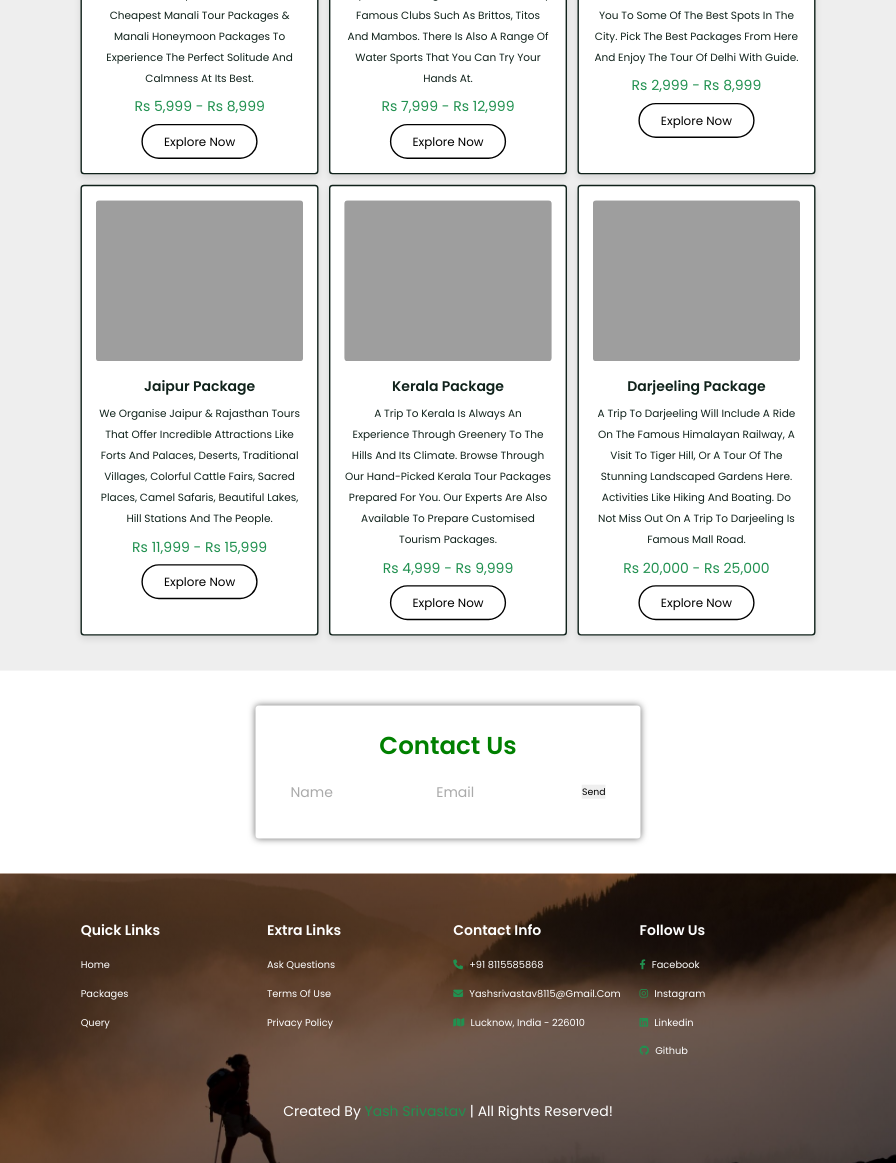
Repository: Heerav04/Tour
Page: index.html
These files come from the project's save history. The page is drawn as it stood at one moment and after the next save; the edit follows.
The browser window is 1280 px wide. The pictures show the part of the page from y = 1930 to 3850 px (the page is 3592 px tall before and 3850 px after), at 70% of full size.
Pictures or frames that could not be fetched are drawn as grey boxes. Some icons come from a web library that is not loaded, so they are not drawn. Backgrounds fixed to the window are drawn as part of the page. Some web libraries are served in a nearby version.

Above is the page before, as saved 2025-05-19 21:55:07.

After the next save:
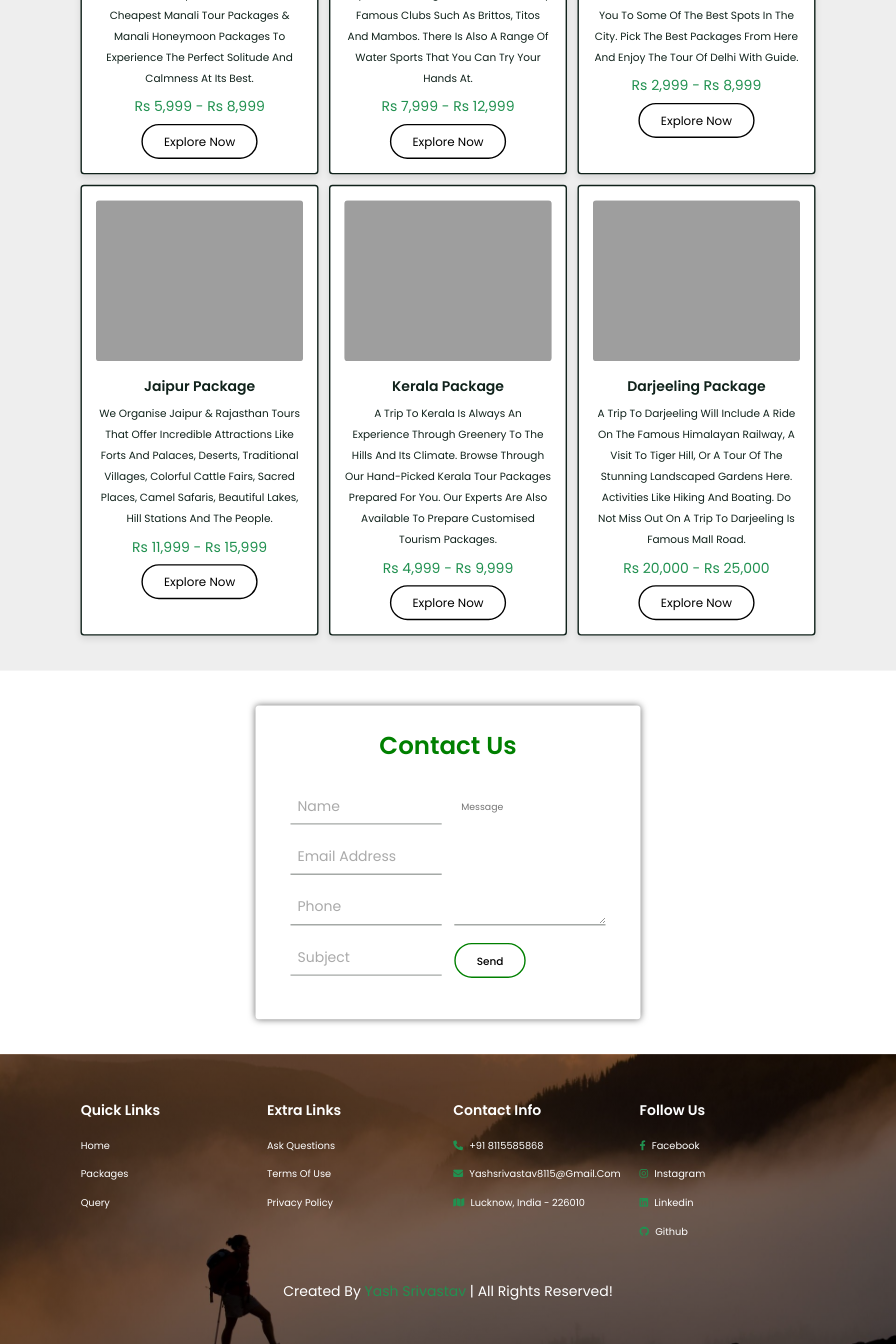
Saved 22 min 31 s later.
--- a/index.html
+++ b/index.html
@@ -158,11 +158,25 @@
             <div class="contact-form">
                 <!-- Replace with your actual email below -->
                 <form action="https://formsubmit.co/locuscollor@gmail.com" method="POST">
-  <input type="text" name="name" placeholder="Name" required />
-  <input type="email" name="email" placeholder="Email" required />
-  <button type="submit">Send</button>
-</form>
-
+                    <div class="input-fields">
+                        <input type="text" class="input" placeholder="Name" name="name" required />
+                        <input type="email" class="input" placeholder="Email Address" name="email" required />
+                        <input type="tel" class="input" placeholder="Phone" name="phone" required />
+                        <input type="text" class="input" placeholder="Subject" name="subject" required />
+
+                        <!-- Redirect after submit -->
+                        <input type="hidden" name="_next" value="https://yourdomain.com/thank-you.html" />
+                        <!-- Disable CAPTCHA -->
+                        <input type="hidden" name="_captcha" value="false" />
+                    </div>
+
+                    <div class="msg">
+                        <textarea placeholder="Message" name="message" required></textarea><br />
+                        <div class="btn1">
+                            <button type="submit">send <i class="uil uil-message"></i></button>
+                        </div>
+                    </div>
+                </form>
             </div>
         </div>
     </section>
